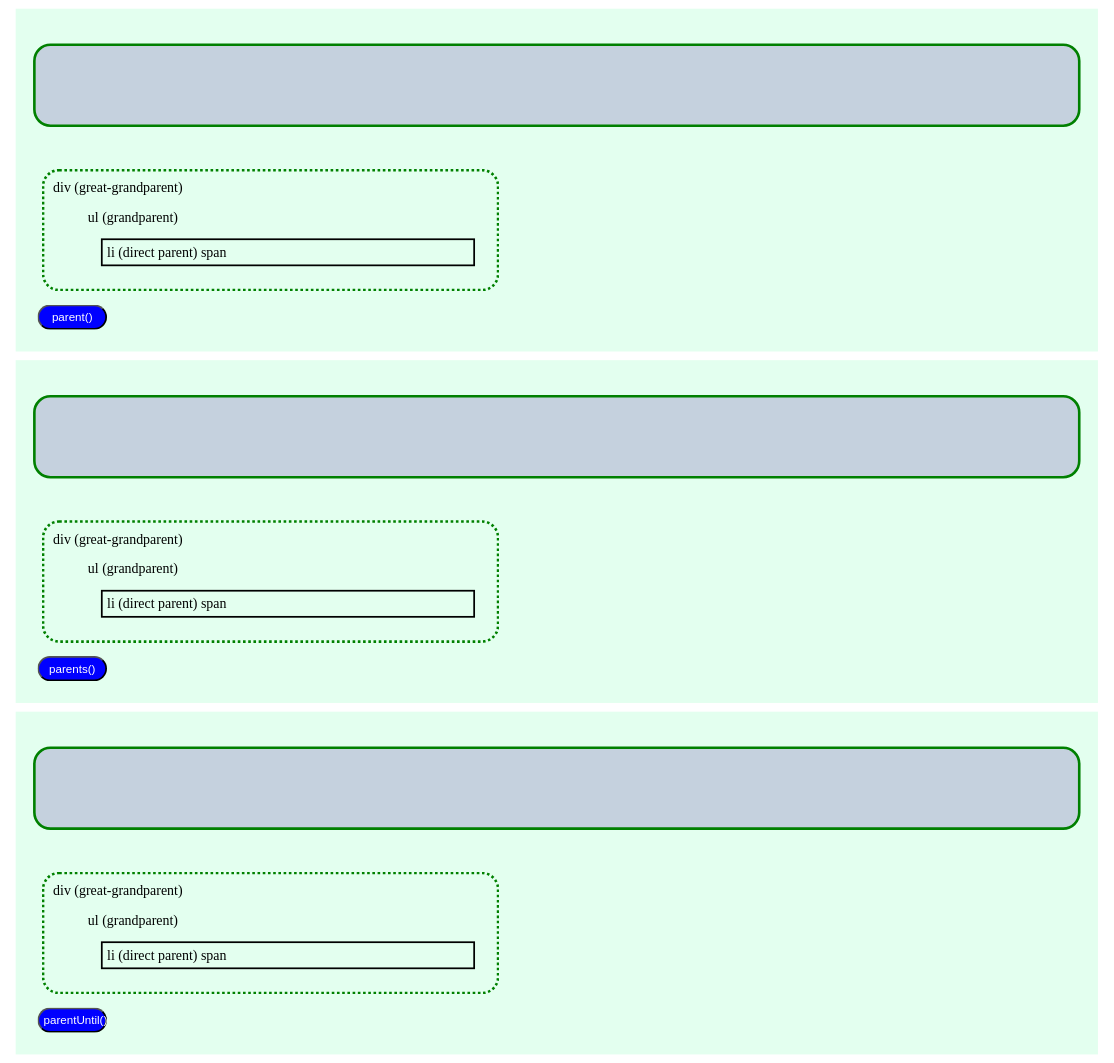
Repository: ypyp0205/jquery
Page: jqpro/WebContent/0213_숙제/parent.html
These files come from the project's save history. The page is drawn as it stood at one moment and after the next save; the edit follows.
The browser window is 1280 px wide. The pictures show the whole page, at 87% of full size.

Above is the page before, as saved 2020-02-14 00:14:22.

After the next save:
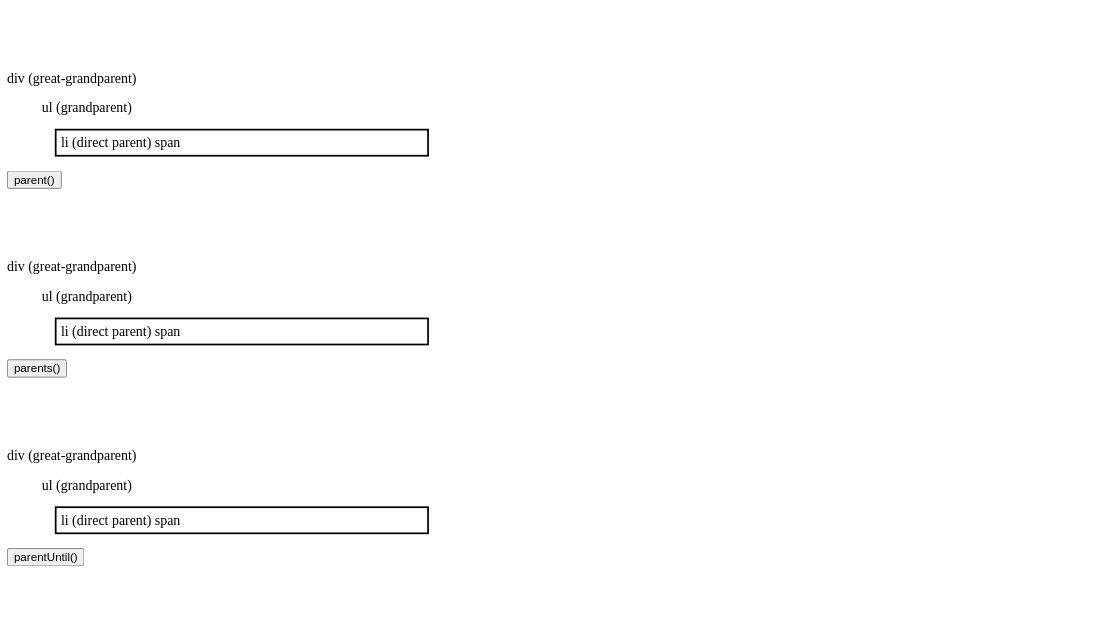
Saved 55 s later.
--- a/jqpro/WebContent/0213_숙제/parent.html
+++ b/jqpro/WebContent/0213_숙제/parent.html
@@ -3,7 +3,7 @@
 <head>
 <meta charset="UTF-8">
 <title>Insert title here</title>
-<link rel="stylesheet" href="../CSS/mystyle.css">
+
 <script src="../js/jquery-3.4.1.min.js"></script>
 <script>
 		$(function () {
